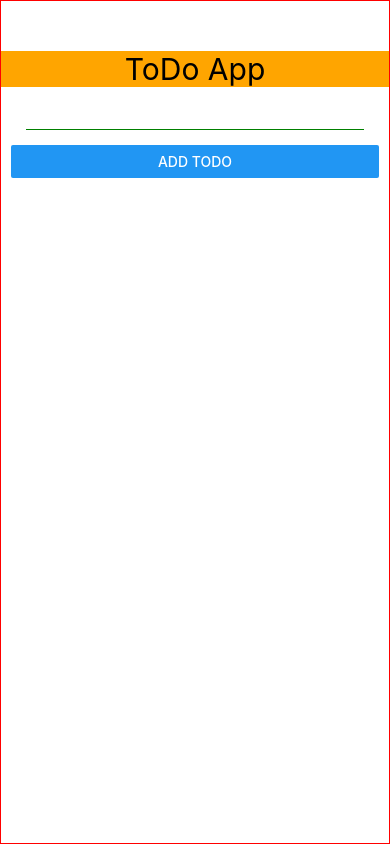
Repository: Ducbii4202/React-Native
Screen: /
These files come from the project's save history. The screen is drawn as it stood at one moment and after the next save; the edit follows.
The app was drawn by React Native's web renderer in a window 390 px wide. The project was rebuilt for these pictures with package versions that can differ from the ones it lists, and the page was loaded fresh each time.

Above is the screen before, as saved 2024-09-19 19:38:54.

After the next save:
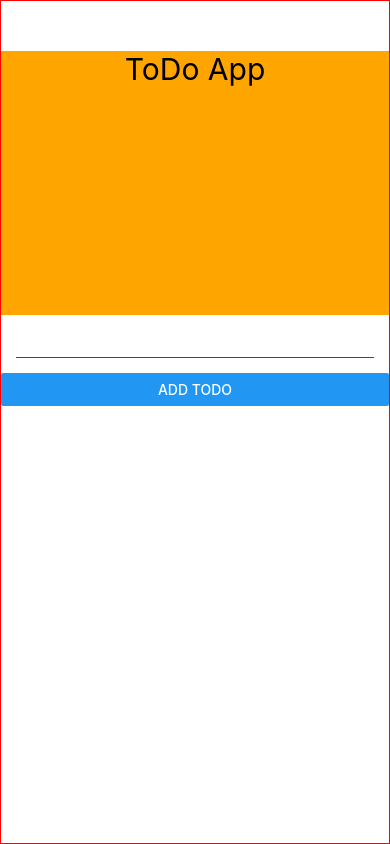
Saved 2 min 17 s later.
--- a/App.tsx
+++ b/App.tsx
@@ -52,7 +52,7 @@ export default function App() {
       <Text style={styles.header}>ToDo App</Text>
 
       {/* form */}
-      <View style={styles.body}>
+      <View style={styles.form}>
         <TextInput
           value={todo}
           style={styles.todoInput}
@@ -64,7 +64,7 @@ export default function App() {
       </View>
 
       {/* list todo */}
-      <View style={styles.body}>
+      <View style={styles.todo}>
         <FlatList
           keyExtractor={item => item.id + ''}
           data={listTodo}
@@ -102,6 +102,16 @@ const styles = StyleSheet.create({
     paddingHorizontal: 20,
     textAlign: 'center',
     fontSize: 30,
+    flex: 1,
+
+  },
+  form: {
+    flex: 1,
+
+  },
+  todo: {
+    flex: 1,
+
   },
   todoInput: {
     borderBottomWidth: 1,
